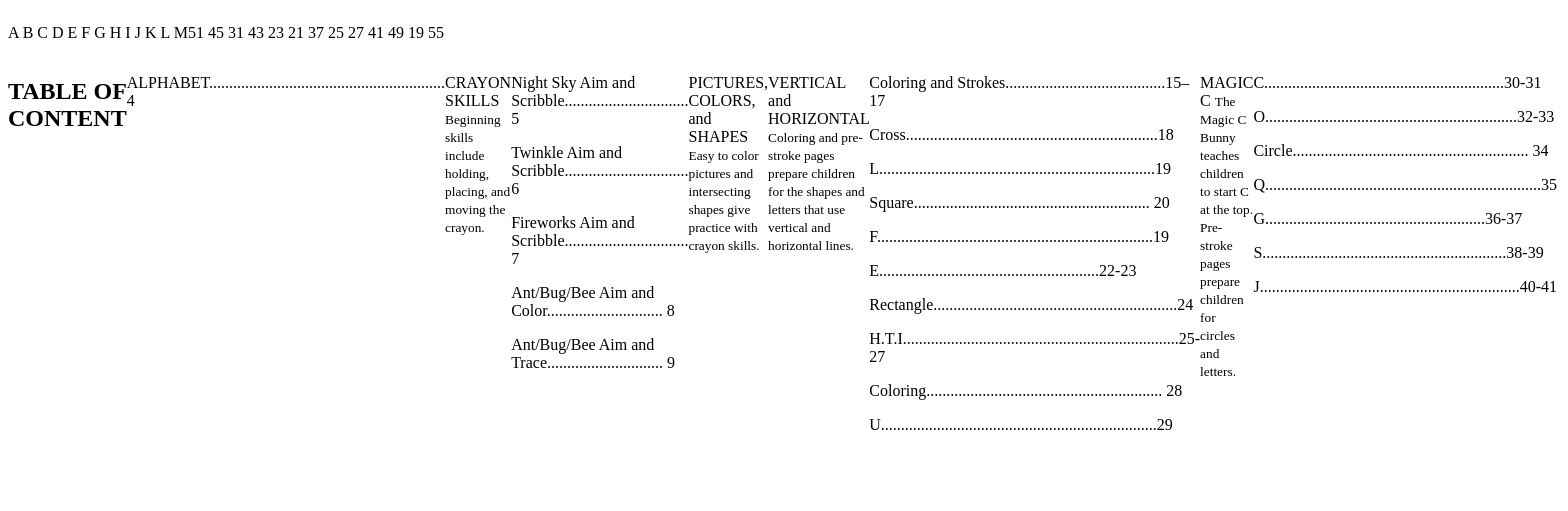
Repository: nickeone/magda-css-flex
Page: index.html
An editor plug-in stored every save of this project. The page is shown before and after the next save, followed by the edit.
The browser window is 1280 px wide. The page is 1557 px wide, then 1568 px, so the pictures cover 1568 px, including what lies to the right of the window. The pictures show the whole page.

Above is the page before, as saved 2021-06-14 22:44:54.

### index.html
<!DOCTYPE html>
<html lang="en">
<head>
  <meta charset="UTF-8">
  <meta http-equiv="X-UA-Compatible" content="IE=edge">
  <meta name="viewport" content="width=device-width, initial-scale=1.0">
  <title>Document</title>
  <link rel="stylesheet" href="./assets/style.css">
</head>
<body>
  <div class="container">

    <div class="full-line">
      <div class="head-letters">
        <p>A B C D E F G H I J K L M</p>
      </div>
      <div class="head-digits">
        <p>51 45 31 43 23 21 37 25 27 41 49 19 55</p>
      </div>
    </div>

    <div class="full-line">
      <h2>TABLE OF CONTENT</h2>
      <div class="left-column">
        <p>ALPHABET........................................................... 4</p>
      </div>
      <div class="full-line">
        <p>CRAYON SKILLS <small>Beginning skills include holding, placing, and moving the crayon.</small></p>
      </div>
      <div class="two-columns">
        <div class="left-column">
          <p>Night Sky Aim and Scribble............................... 5</p>
          <p>Twinkle Aim and Scribble............................... 6</p>
          <p>Fireworks Aim and Scribble............................... 7</p>
        </div>
        <div class="right-column">
          <p>Ant/Bug/Bee Aim and Color............................. 8</p>
          <p>Ant/Bug/Bee Aim and Trace............................. 9</p>
        </div>
      </div>


      <div class="full-line">
        <p>PICTURES, COLORS, and SHAPES <small>Easy to color pictures and intersecting shapes give practice with crayon skills.</small></p>
      </div>

      <div class="full-line">
        <p>VERTICAL and HORIZONTAL <small>Coloring and pre-stroke pages prepare children for the shapes and letters that use vertical and horizontal lines.</small></p>
      </div>
      <div class="two-columns">
        <div class="left-column">
          <p>Coloring and Strokes........................................15–17</p>
          <p>Cross...............................................................18</p>
          <p>L.....................................................................19</p>
          <p>Square........................................................... 20</p>
          <p>F.....................................................................19</p>
        </div>
        <div class="right-column">
          <p>E.......................................................22-23</p>
          <p>Rectangle.............................................................24</p>
          <p>H.T.I.....................................................................25-27</p>
          <p>Coloring........................................................... 28</p>
          <p>U.....................................................................29</p>
        </div>
      </div>

      <div class="full-line">
        <p>MAGIC C <small>The Magic C Bunny teaches children to start C at the top. Pre-stroke pages prepare children for circles and letters.</small></p>
      </div>
      <div class="two-columns">
        <div class="left-column">
          <p>C............................................................30-31</p>
          <p>O...............................................................32-33</p>
          <p>Circle........................................................... 34</p>
          <p>Q.....................................................................35</p>
        </div>
        <div class="right-column">
          <p>G.......................................................36-37</p>
          <p>S.............................................................38-39</p>
          <p>J.................................................................40-41</p>
        </div>
      </div>

    </div>
  </div>

</body>
</html>

### assets/style.css
.full-line {
    display: flex;
}

After the next save:
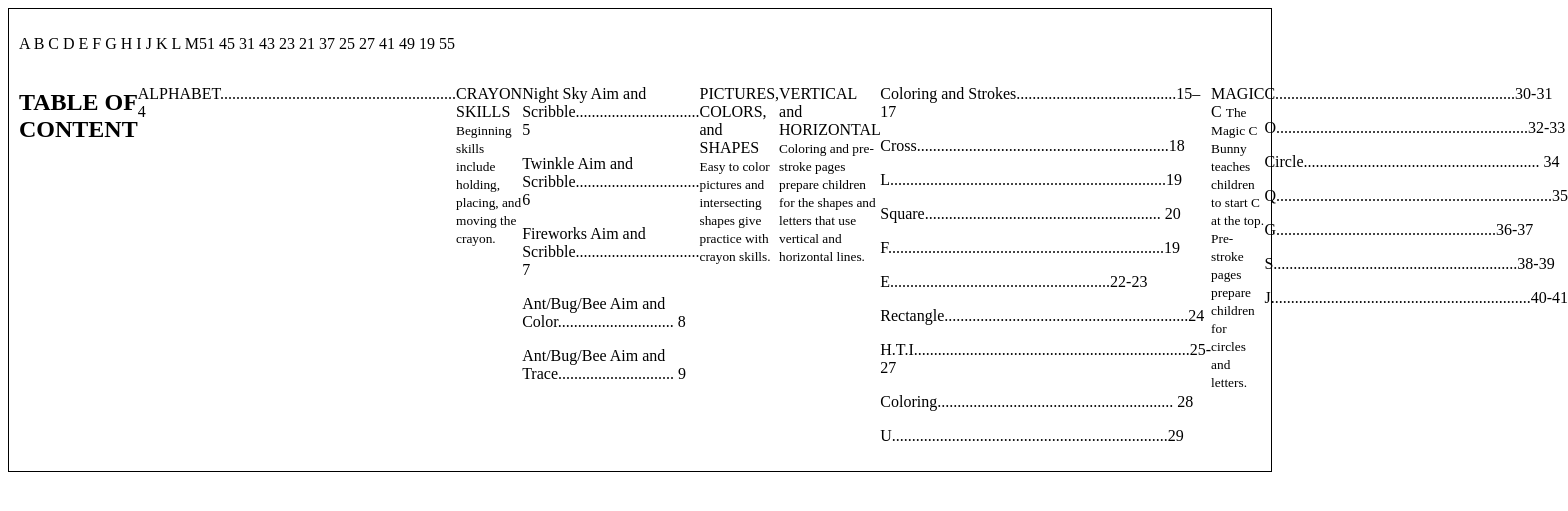
Saved 2 min 47 s later.
--- a/assets/style.css
+++ b/assets/style.css
@@ -1,3 +1,8 @@
 .full-line {
     display: flex;
 }
+
+.container {
+    border: 1px black solid;
+    padding: 10px;
+}
